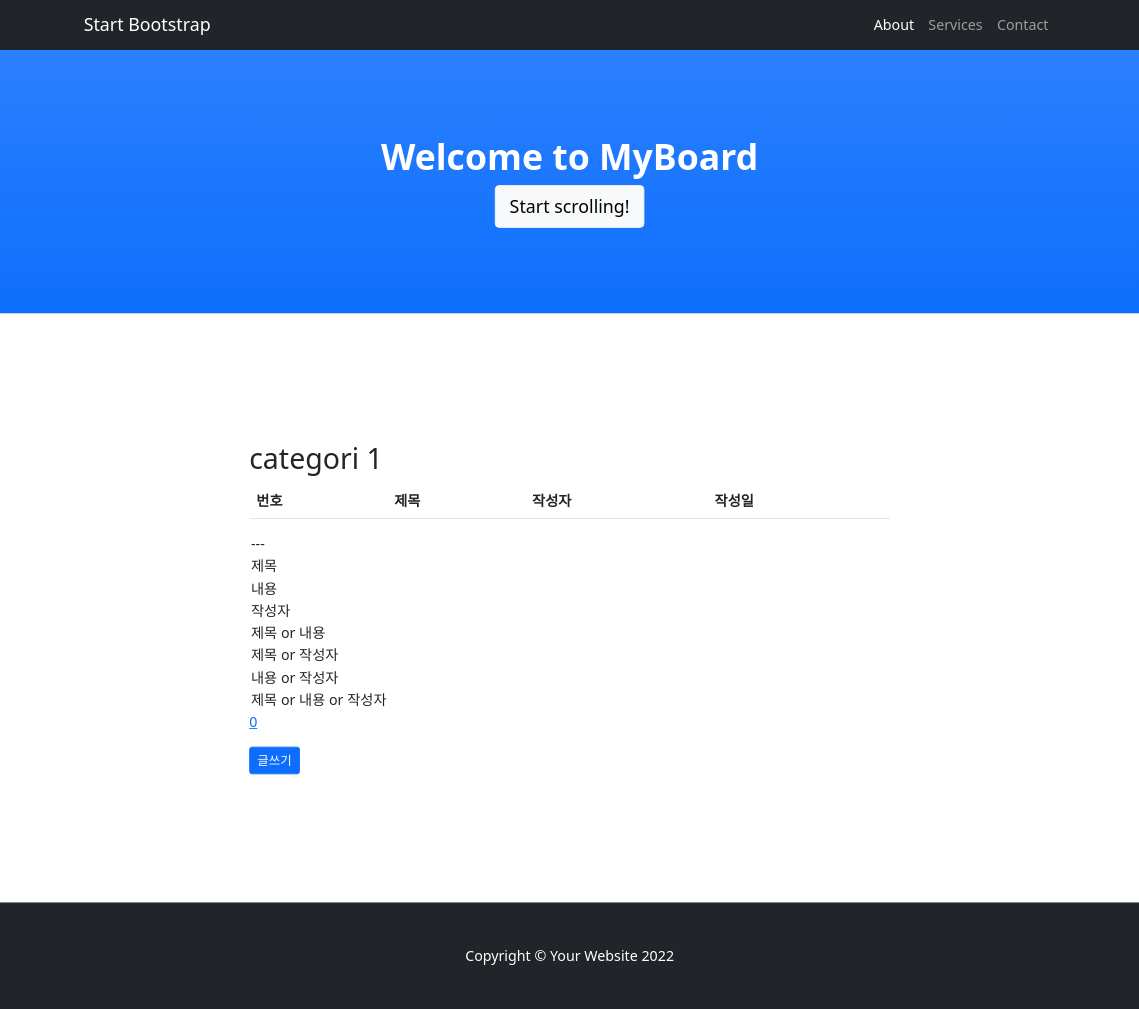
Repository: rlarmsdn2999/SpringWebProject
Page: http://localhost/myboard/WEB-INF/views/board/list.jsp
An editor plug-in stored every save of this project. The page is shown before and after the next save, followed by the edit.
The browser window is 1280 px wide. The pictures show the whole page, at 89% of full size.
The page is served by Tomcat 9. Nobody is signed in. Other server files are loaded and not shown. The template is opened directly, without the code that normally fills it, so the values that code supplies are empty.

Above is the page before, as saved 2022-12-27 07:03:47.

### myboard/myboard/src/main/webapp/WEB-INF/views/board/list.jsp
<%@ page language="java" contentType="text/html; charset=UTF-8"
	pageEncoding="UTF-8"%>
<%@ taglib uri="http://java.sun.com/jsp/jstl/core" prefix="c"%>
<%@ taglib uri="http://java.sun.com/jsp/jstl/fmt" prefix="fmt"%>
<!DOCTYPE html>
<html lang="en">
<head>
<meta charset="utf-8" />
<meta name="viewport"
	content="width=device-width, initial-scale=1, shrink-to-fit=no" />
<meta name="description" content="" />
<meta name="author" content="" />
<title>Scrolling Nav - Start Bootstrap Template</title>
<link rel="icon" type="image/x-icon"
	href="/resources/assets/favicon.ico" />
<!-- Core theme CSS (includes Bootstrap)-->
<link href="/resources/css/styles.css" rel="stylesheet" />
</head>
<body id="page-top">
<script src="https://ajax.googleapis.com/ajax/libs/jquery/3.6.0/jquery.min.js"></script>
<script src="https://cdnjs.cloudflare.com/ajax/libs/paginationjs/2.1.4/pagination.min.js"></script>
	<!-- Navigation-->
	<nav class="navbar navbar-expand-lg navbar-dark bg-dark fixed-top"
		id="mainNav">
		<div class="container px-4">
			<a class="navbar-brand" href="#page-top">Start Bootstrap</a>
			<button class="navbar-toggler" type="button"
				data-bs-toggle="collapse" data-bs-target="#navbarResponsive"
				aria-controls="navbarResponsive" aria-expanded="false"
				aria-label="Toggle navigation">
				<span class="navbar-toggler-icon"></span>
			</button>
			<div class="collapse navbar-collapse" id="navbarResponsive">
				<ul class="navbar-nav ms-auto">
					<li class="nav-item"><a class="nav-link" href="#about">About</a></li>
					<li class="nav-item"><a class="nav-link" href="#services">Services</a></li>
					<li class="nav-item"><a class="nav-link" href="#contact">Contact</a></li>
				</ul>
			</div>
		</div>
	</nav>
	<!-- Header-->
	<header class="bg-primary bg-gradient text-white">
		<div class="container px-4 text-center">
			<h1 class="fw-bolder">Welcome to MyBoard</h1>
			<a class="btn btn-lg btn-light" href="#about">Start scrolling!</a>
		</div>
	</header>
	<!-- About section-->
	<section id="about">
		<div class="container px-4">
			<div class="row gx-4 justify-content-center">
				<div class="col-lg-8">
					<h2>categori 1</h2>
					<table class="table table-hover">
						<thead>
							<tr>
								<th>번호</th>
								<th>제목</th>
								<th>작성자</th>
								<th>작성일</th>
							</tr>
						</thead>
						<tbody>
							<c:forEach items="${list}" var="board">
								<tr>
									<td><c:out value="${board.bno}"/></td>
									<td><a class="move" href='<c:out value="${board.bno}"/>'><c:out value="${board.title}"/></a></td>
									<td>${board.writer}</td>
									<td><fmt:formatDate pattern="yyyy-MM-dd HH:mm"
											value="${board.regdate}" /></td>
								</tr>
							</c:forEach>
						</tbody>
					</table>
					<div class='row'>
						<div class="col-lg-12">
							<form id="searchForm" action="/board/list" method="get">
								<option value="">---</option>
								<option value="T">제목</option>
								<option value="C">내용</option>
								<option value="W">작성자</option>
								<option value="TC">제목 or 내용</option>
								<option value="TW">제목 or 작성자</option>
								<option value="WC">내용 or 작성자</option>
								<option value="TCW">제목 or 내용 or 작성자</option>
							</form>
						</div>
					</div>
					<form id="actionForm" action="/board/list" method="get">
						<input type="hidden" name="pageNum" value="${pageMaker.cri.pageNum}">
						<input type="hidden" name="amount" value="${pageMaker.cri.amount}">
					</form>
					<div class='pull-right' >
						<ul class="pagination"  id="pagination">
							<c:if test="${pageMaker.prev}">
								<li class="paginate_button previous"><a href="${pageMaker.startPage-1}">이전</a></li>
							</c:if>

							<c:forEach var="num" begin="${pageMaker.startPage}" end="${pageMaker.endPage}">
								<li class="paginate_button ${pageMaker.cri.pageNum == num ? "active":""}"><a href="${num}">${num}</a></li>
							</c:forEach>

							<c:if test="${pageMaker.next}">
								<li class="paginate_button next"><a href="${pageMaker.endPage +1}">다음</a></li>
							</c:if>
						</ul>
					</div>
					<div>
						<button type="button" class="btn btn-sm btn-primary"
							id="btnWriteForm">글쓰기</button>
					</div>
				</div>
			</div>
		</div>
		<div class="modal fade" id="myModal" tabindex="-1" role="dialog" aria-labelledby="myModalLabel" aria-hidden="true">
					<div class="modal-dialog">
						<div class="modal-content">
							<div class="modal-header">
								<button type="button" class="close" data-dismiss="modal" aria-hidden="true">&times;</button>
									<h4 class="modal-title" id="myModalLabel">Modal Title</h4>
							</div>
							<div class="modal-body">처리가 완료되었습니다.</div>
							<div class="modal-footer">
								<button type="button" class="btn btn-default" data-dismiss="modal">Close</button>
								<button type="button" class="btn btn-primary">Save Changes</button>
							</div>
						</div>
					</div>
				</div>
	</section>
	<!-- Footer-->
	<footer class="py-5 bg-dark">
		<div class="container px-4">
			<p class="m-0 text-center text-white">Copyright &copy; Your
				Website 2022</p>
		</div>
	</footer>
	<!-- Bootstrap core JS-->
	<script
		src="https://cdn.jsdelivr.net/npm/bootstrap@5.1.3/dist/js/bootstrap.bundle.min.js"></script>
	<!-- Core theme JS-->
	<script src="/resources/js/scripts.js"></script>

<script type="text/javascript">
$(document).ready(function(){
	var result = '<c:out value="${result}"/>';
	checkModal(result);
	history.replaceState({},null,null);
	var actionForm = $("#actionForm");
	function checkModal(result){
		if(result===''||history.state){
			return;
		}
		if(parseInt(result)>0){
			$(".modal-body").html("게시글 "+parseInt(result)+" 번이 등록되었습니다.");
		}
		$("#myModal").modal("show");
	}
	$(".move").on("click", function(e){
		e.preventDefault();
		actionForm.append("<input type='hidden' name='bno' value='"+$(this).attr("href")+"'>");
		actionForm.attr("action","/board/read");
		actionForm.submit();
	});
	$("#btnWriteForm").on("click",function(){
		self.location = "/board/register";
	});
	$(".paginate_button a").on("click",function(e){
		e.preventDefault();
		console.log("click");
		actionForm.find('input[name="pageNum"]').val($(this).attr("href"));
		actionForm.submit();
	});
});
</script>
</body>
</html>

### myboard/myboard/src/main/webapp/resources/js/scripts.js
/*!
* Start Bootstrap - Scrolling Nav v5.0.5 (https://startbootstrap.com/template/scrolling-nav)
* Copyright 2013-2022 Start Bootstrap
* Licensed under MIT (https://github.com/StartBootstrap/startbootstrap-scrolling-nav/blob/master/LICENSE)
*/
//
// Scripts
//

window.addEventListener('DOMContentLoaded', event => {

    // Activate Bootstrap scrollspy on the main nav element
    const mainNav = document.body.querySelector('#mainNav');
    if (mainNav) {
        new bootstrap.ScrollSpy(document.body, {
            target: '#mainNav',
            offset: 74,
        });
    };

    // Collapse responsive navbar when toggler is visible
    const navbarToggler = document.body.querySelector('.navbar-toggler');
    const responsiveNavItems = [].slice.call(
        document.querySelectorAll('#navbarResponsive .nav-link')
    );
    responsiveNavItems.map(function (responsiveNavItem) {
        responsiveNavItem.addEventListener('click', () => {
            if (window.getComputedStyle(navbarToggler).display !== 'none') {
                navbarToggler.click();
            }
        });
    });

});

Loaded but not shown: myboard/myboard/src/main/webapp/resources/css/styles.css (library)

After the next save:
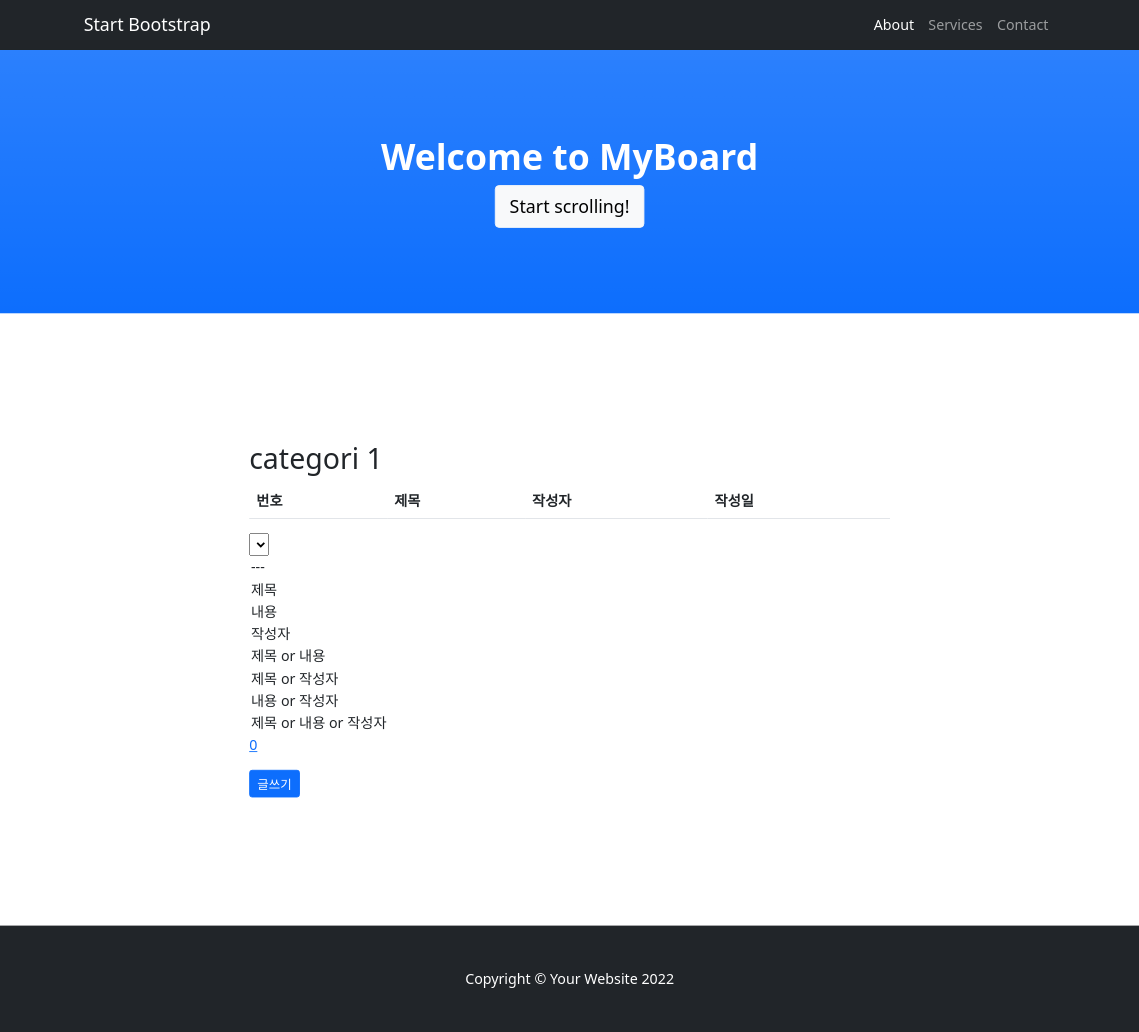
Saved 15 s later.
--- a/myboard/myboard/src/main/webapp/WEB-INF/views/board/list.jsp
+++ b/myboard/myboard/src/main/webapp/WEB-INF/views/board/list.jsp
@@ -76,6 +76,7 @@
 					<div class='row'>
 						<div class="col-lg-12">
 							<form id="searchForm" action="/board/list" method="get">
+							<select name="type"></select>
 								<option value="">---</option>
 								<option value="T">제목</option>
 								<option value="C">내용</option>
